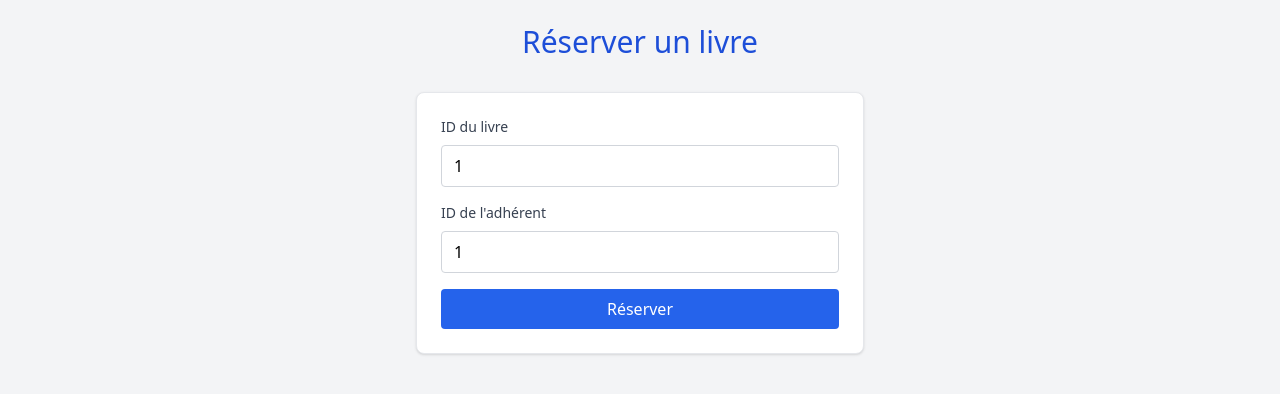
Repository: HAM0909/BookSmart
Page: home.html
These files come from the project's save history. The page is drawn as it stood at one moment and after the next save; the edit follows.
The browser window is 1280 px wide. The pictures show the whole page.
Some web libraries are served in a nearby version.

Above is the page before, as saved 2025-08-21 02:24:14.

After the next save:
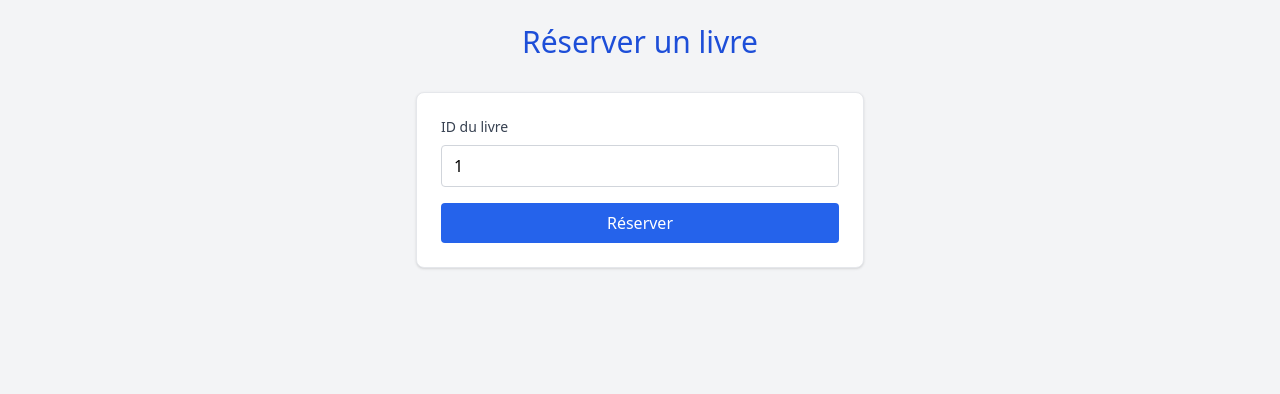
Saved 4 s later.
--- a/home.html
+++ b/home.html
@@ -21,7 +21,7 @@
         <input type="number" id="id_livre" value="1"
                class="w-full border border-gray-300 rounded px-3 py-2 mb-4 focus:outline-none focus:ring-2 focus:ring-blue-500">
 
-        <!-- Champ : ID de l'adhérent -->
+        <!-- Cha
         <label class="block text-sm font-medium text-gray-700 mb-2">
             ID de l'adhérent
         </label>

After the save that followed:
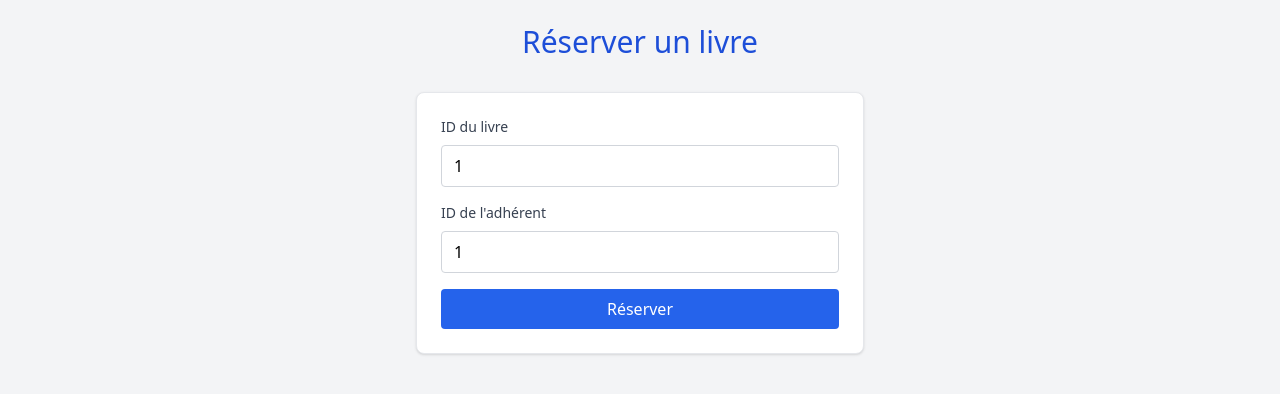
Saved 4 s later.
--- a/home.html
+++ b/home.html
@@ -21,7 +21,7 @@
         <input type="number" id="id_livre" value="1"
                class="w-full border border-gray-300 rounded px-3 py-2 mb-4 focus:outline-none focus:ring-2 focus:ring-blue-500">
 
-        <!-- Cha
+
         <label class="block text-sm font-medium text-gray-700 mb-2">
             ID de l'adhérent
         </label>
